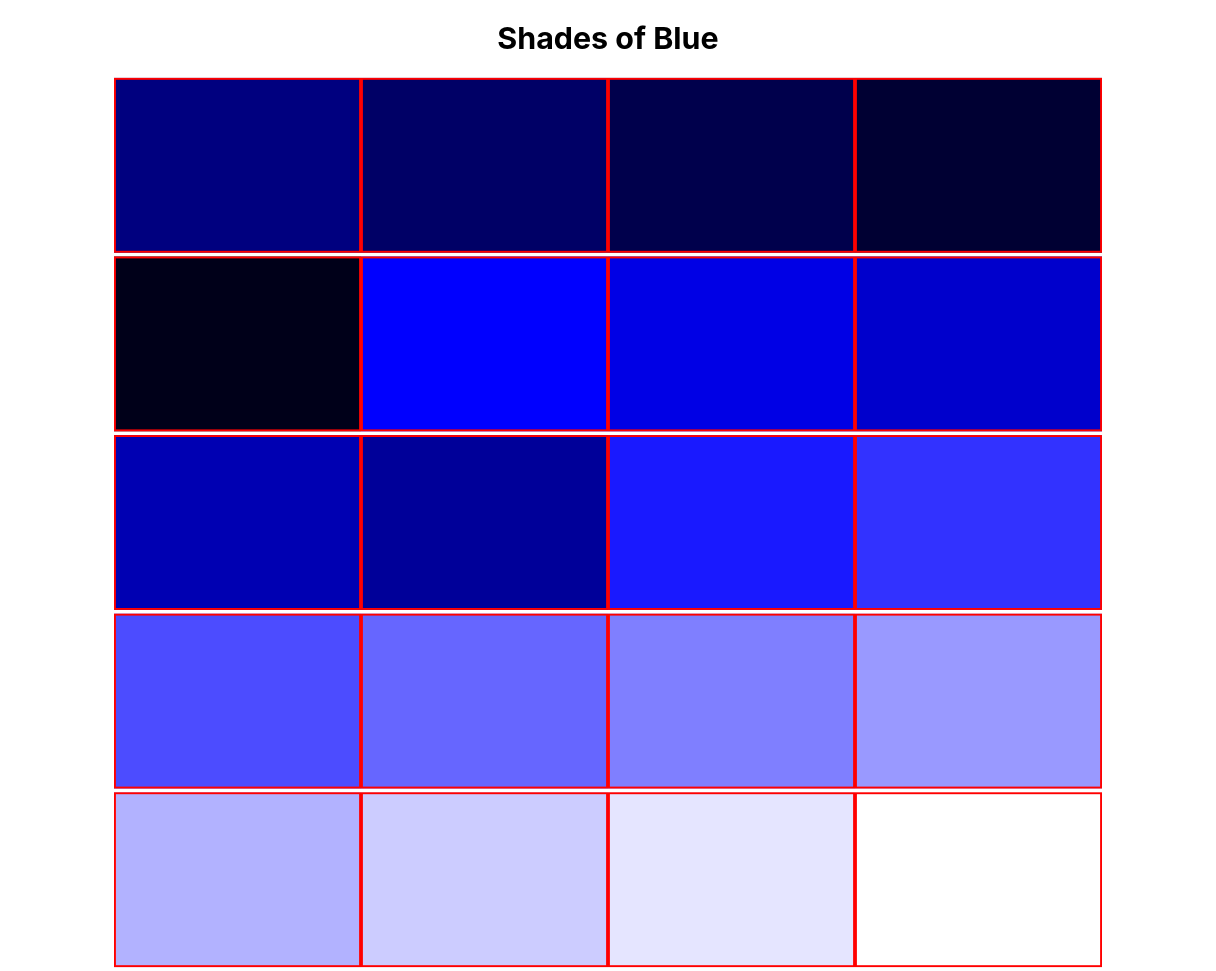
Repository: johnmutina/shades_of_blue
Page: /
These files come from the project's save history. The page is drawn as it stood at one moment and after a run of saves; the edit follows.
The browser window is 1280 px wide. The pictures show the whole page, at 95% of full size.
The project was rebuilt for these pictures with package versions that can differ from the ones it lists, and the page was loaded fresh each time.

Above is the page before, as saved 2019-06-22 15:14:21.

After the next 13 saves:
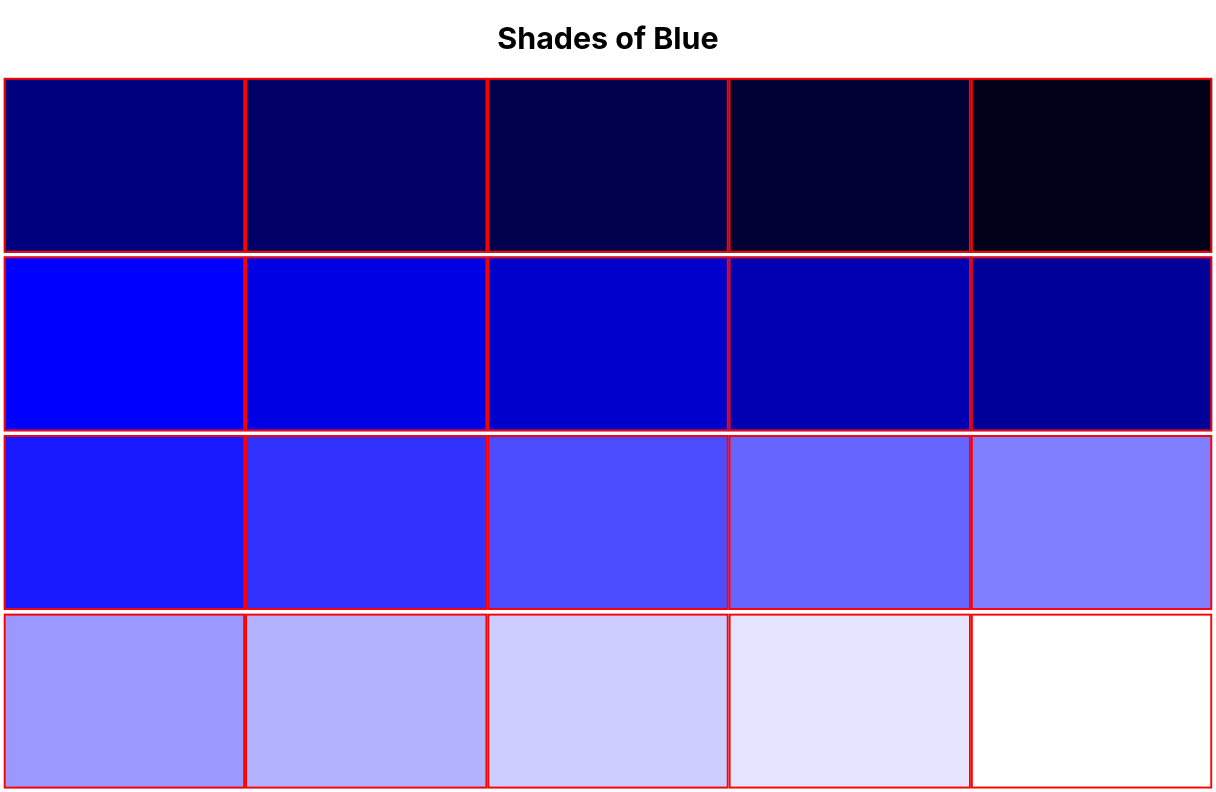
The 13 saves are shown as one change because they came seconds apart.
The last was saved 31 s later.
--- a/src/ColorBox.css
+++ b/src/ColorBox.css
@@ -1,7 +1,7 @@
 .ColorBox {
     display: inline-block;
     color: white;
-    width: 20%;
+    width: 19.57%;
     height: 100px;
     padding-top: 80px;
     border: 2px solid red;
